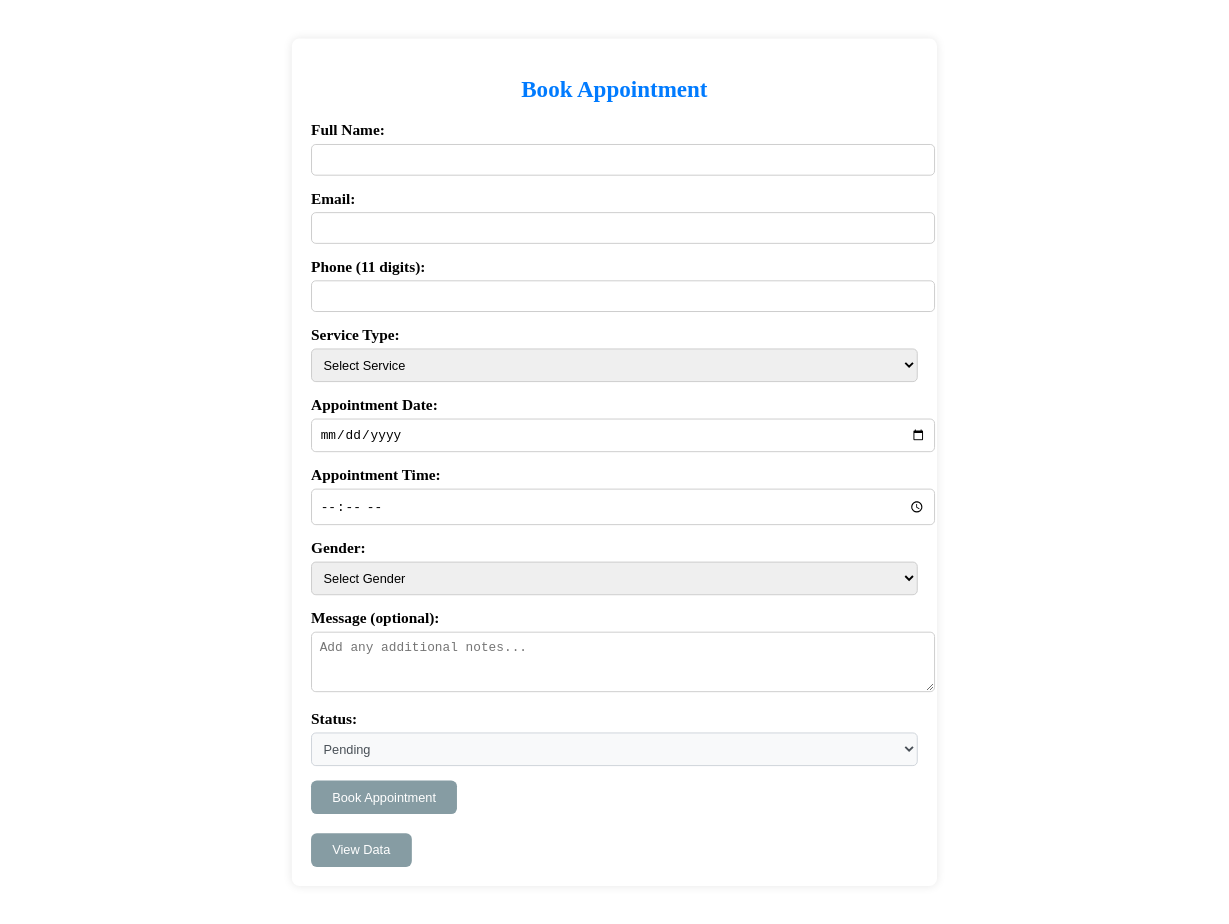
Repository: Arisha004/Hospital-Appointment-Management-System
Page: http://localhost/
An editor plug-in stored every save of this project. The page is shown before and after a run of saves, followed by the edit.
The browser window is 1280 px wide. The pictures show the whole page, at 96% of full size.
The page is run by PHP 8.4 with error messages shown; the project is at /var/www/html/.

Above is the page before, as saved 2025-10-24 14:35:09.

### index.php

<!DOCTYPE html>
<html lang="en">
<head>
<meta charset="UTF-8">
<meta name="viewport" content="width=device-width, initial-scale=1.0">
<title>Book Appointment</title>
<link rel="stylesheet" href="style2.css">

</head>
<body>

<div class="container1">
  <h2>Book Appointment</h2>
  <form  action="insertappointmentform.php" method="POST">

    <label>Full Name:</label>
    <input type="text" name="full_name" required pattern="[A-Za-z\s]+" title="Name should contain only letters.">

    <label>Email:</label>
    <input type="email" name="email" required>

    <label>Phone (11 digits):</label>
    <input type="text" name="phone" required pattern="[0-9]{11}" title="Phone number must be exactly 11 digits." maxlength="11">

    <label>Service Type:</label>
    <select name="service_type" required>
      <option value=""> Select Service </option>
      <option value="Consultation">Consultation</option>
      <option value="Follow-up">Follow-up</option>
      <option value="Check-up">Check-up</option>
      <option value="Emergency">Emergency</option>
    </select>

    <label>Appointment Date:</label>
    <input type="date" name="appointment_date" required min="<?php echo date('Y-m-d'); ?>">

    <label>Appointment Time:</label>
    <input type="time" name="appointment_time" required>

    <label>Gender:</label>
    <select name="gender" required>
      <option value=""> Select Gender </option>
      <option value="Male">Male</option>
      <option value="Female">Female</option>
      <option value="Other">Other</option>
    </select>

    <label>Message (optional):</label>
    <textarea name="message" rows="3" placeholder="Add any additional notes..."></textarea>
   <label>Status:</label>
    <select name="status" required>
      <option value="Pending">Pending</option>
      <option value="Confirmed">Confirmed</option>
      <option value="Cancelled">Cancelled</option>
      <option value="Completed">Completed</option>
    </select>

    <input type="hidden" name="created_at" value="<?php echo date('Y-m-d H:i:s'); ?>">

    <button type="submit" name="submit"> Book Appointment </button>
  </form>


<div style="margin-top:20px;">
    <form action="list.php" method="get">
    <button type="submit">View Data</button>
    </form>

</div>
</body>
</html>

### style2.css

  .container1 { width: 50%; margin: 40px auto; background: #fff; padding: 20px; border-radius: 8px; box-shadow: 0 0 10px rgba(0,0,0,0.1); }
  h2 { text-align: center; color: #007bff; }
  label { font-weight: bold; display: block; margin-bottom: 5px; }
  input, select, textarea {
      width: 100%;
      padding: 8px;
      margin-bottom: 15px;
      border: 1px solid #ccc;
      border-radius: 5px;
  }

  button{

  display: inline-block;
  background-color: #869CA3;
  color: #fff;
  padding: 10px 22px;
  border: none;
  border-radius: 6px;
  cursor: pointer;
  font-weight: 500;

  transition: 0.3s;
   text-align: center;
}

button:hover {
  background-color: #7498a3;
  transform: translateY(-2px);
}

  input[type=submit] {
      background-color: #007bff;
      color: white;
      border: none;
      padding: 10px 15px;
      cursor: pointer;
      border-radius: 5px;
  }
  input[type=submit]:hover {
      background-color: #0056b3;
  }
  select[name="status"] {
    background-color: #f8f9fa;
    color: #495057;
    padding: 8px;
    margin-bottom: 15px;
    border: 1px solid #ced4da;
    border-radius: 5px;
    width: 100%;
}

select[name="status"] option[value="Pending"] { color: #ffc107; }
select[name="status"] option[value="Confirmed"] { color: #28a745; }
select[name="status"] option[value="Cancelled"] { color: #dc3545; }
select[name="status"] option[value="Completed"] { color: #17a2b8; }

After the next 2 saves:
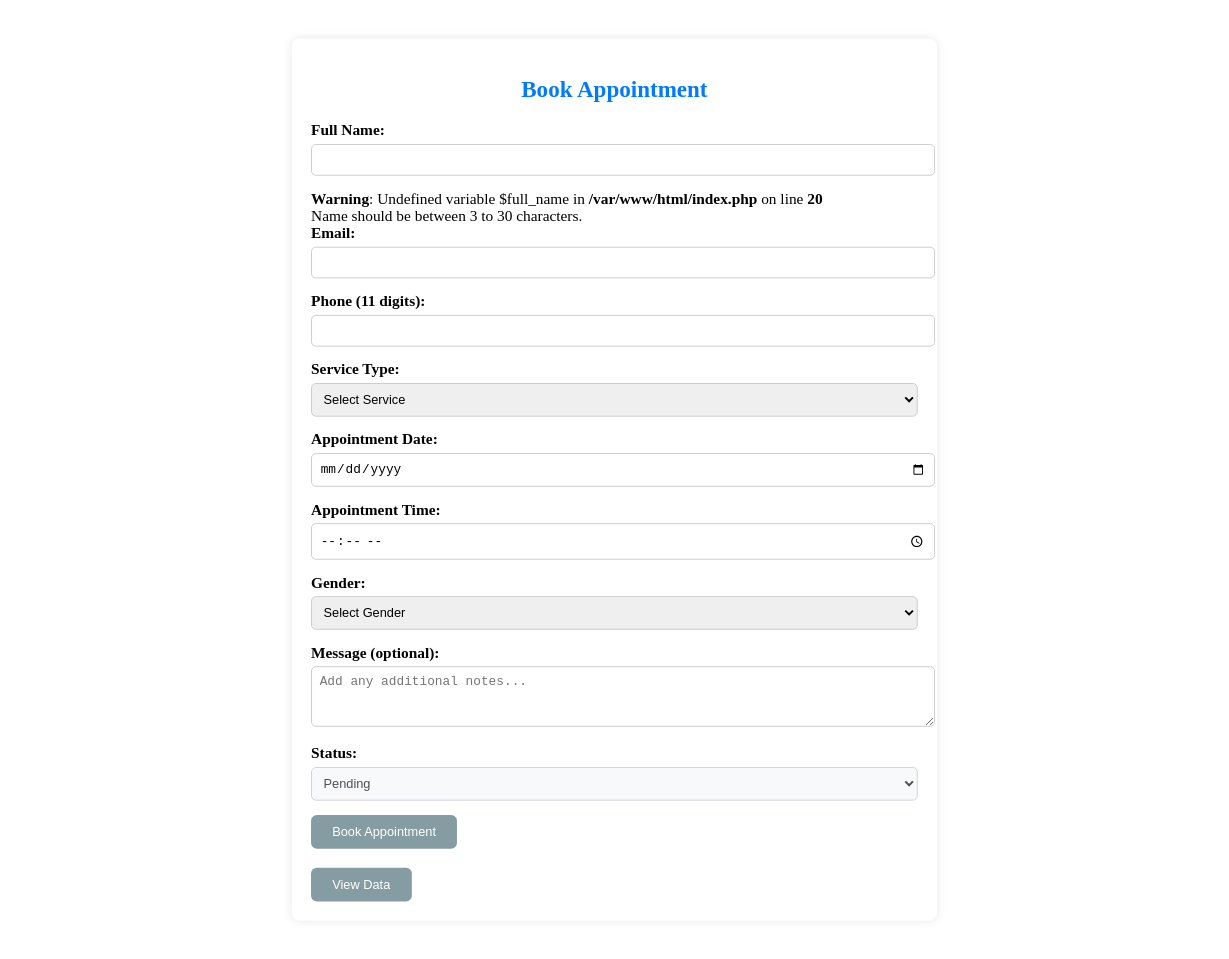
The 2 saves are shown as one change because they came seconds apart.
The last was saved 102 s later.
--- a/index.php
+++ b/index.php
@@ -16,7 +16,12 @@
 
     <label>Full Name:</label>
     <input type="text" name="full_name" required pattern="[A-Za-z\s]+" title="Name should contain only letters.">
+<?php
+if(strlen($full_name) < 3 || strlen($full_name) > 30) {
+    echo "Name should be between 3 to 30 characters.";
+}
 
+?>
     <label>Email:</label>
     <input type="email" name="email" required>
 

After the save that followed:
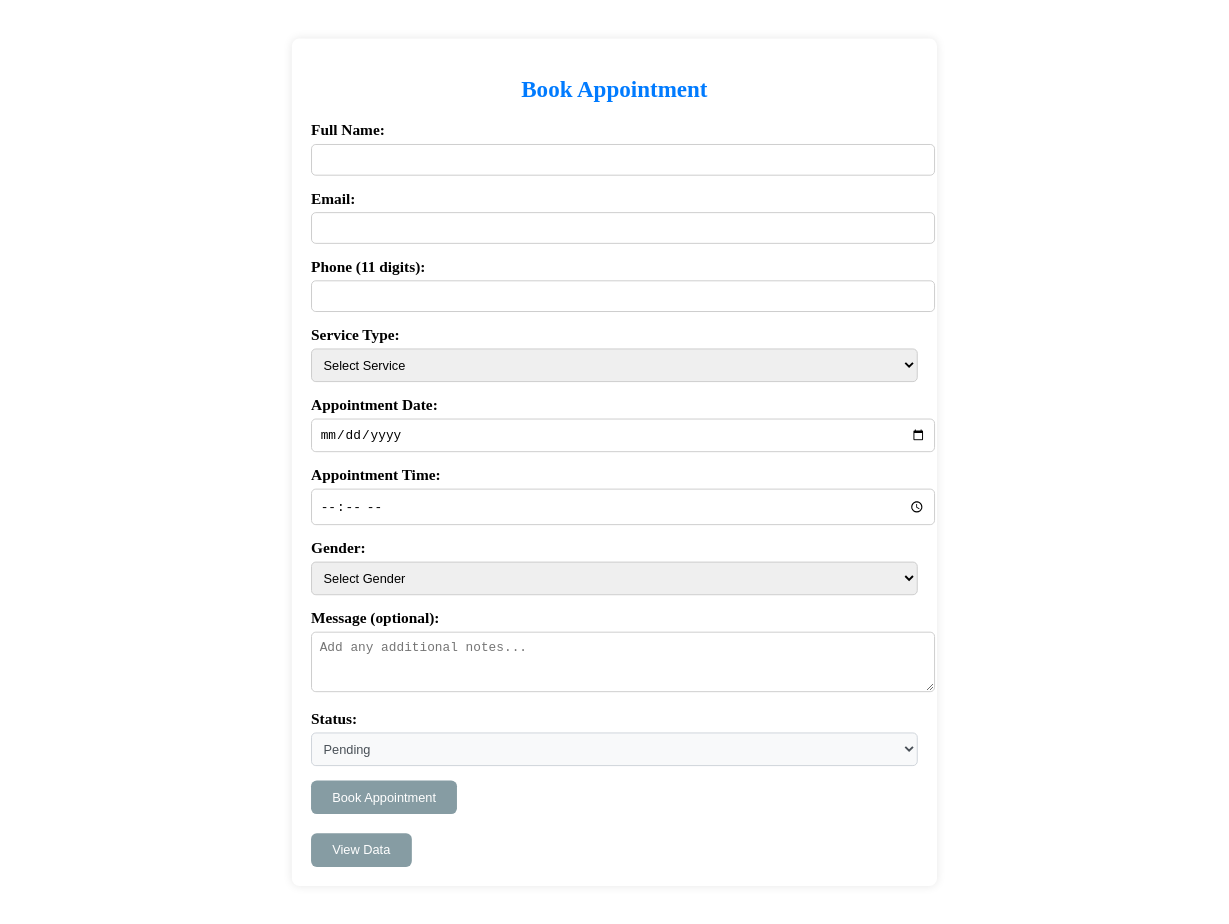
Saved 65 s later.
--- a/index.php
+++ b/index.php
@@ -16,12 +16,7 @@
 
     <label>Full Name:</label>
     <input type="text" name="full_name" required pattern="[A-Za-z\s]+" title="Name should contain only letters.">
-<?php
-if(strlen($full_name) < 3 || strlen($full_name) > 30) {
-    echo "Name should be between 3 to 30 characters.";
-}
 
-?>
     <label>Email:</label>
     <input type="email" name="email" required>
 
